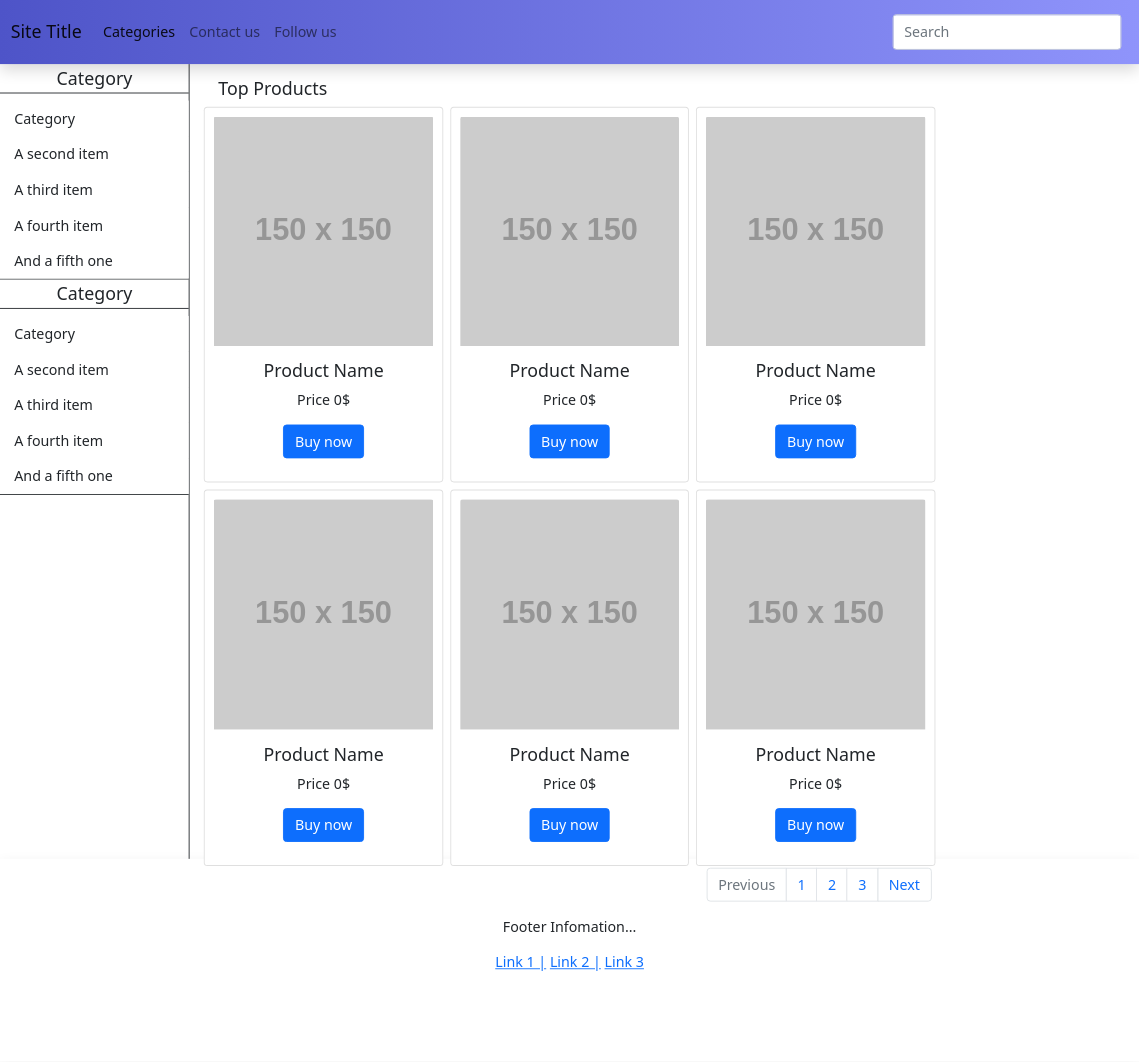
Repository: ttranhhoang/layoutBS
Page: layoutBS1/index.html
An editor plug-in stored every save of this project. The page is shown before and after the next save, followed by the edit.
The browser window is 1280 px wide. The pictures show the whole page, at 89% of full size.

Above is the page before, as saved 2022-04-24 22:48:34.

After the next save:
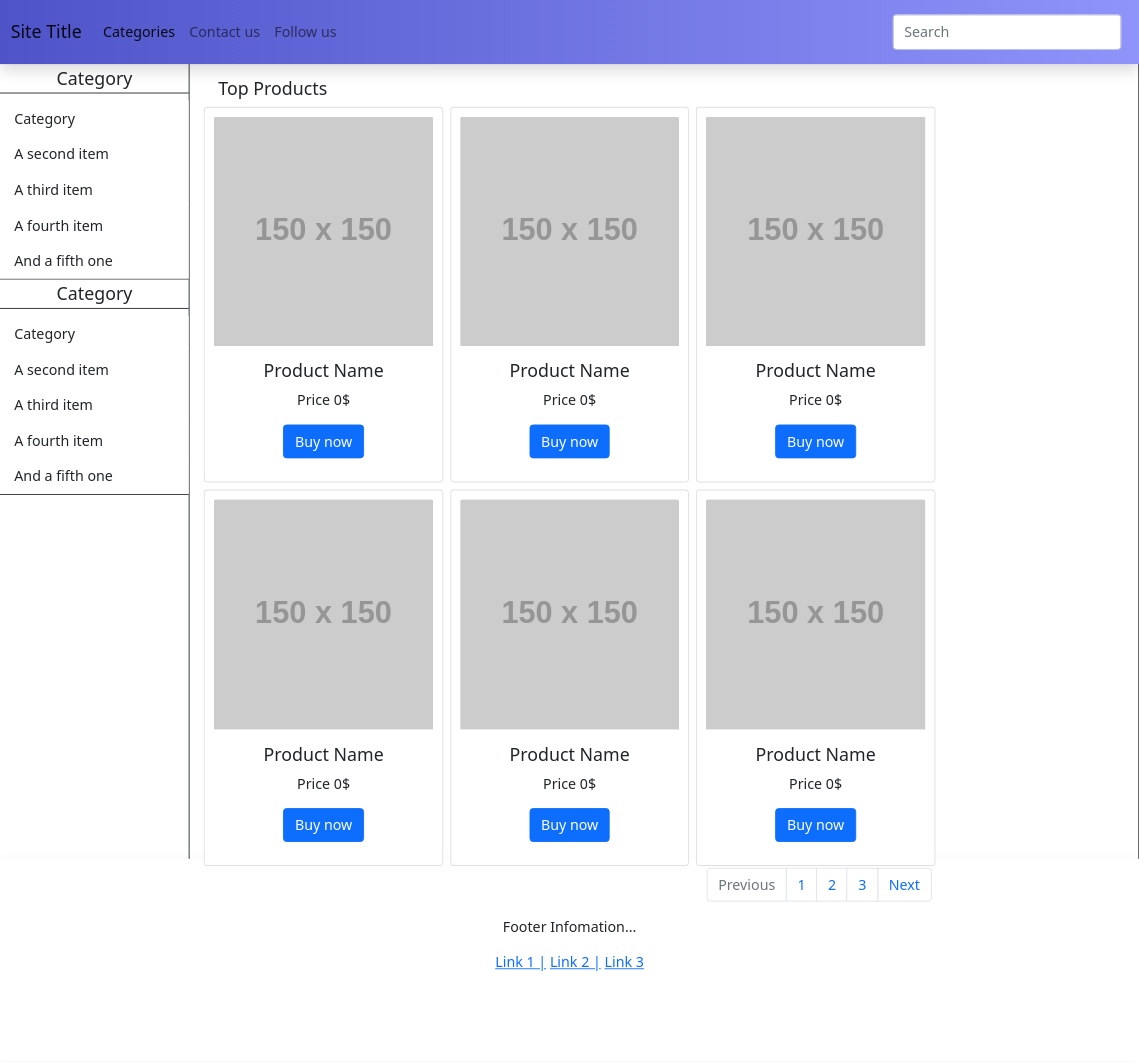
Saved 48 s later.
--- a/layoutBS1/index.html
+++ b/layoutBS1/index.html
@@ -78,8 +78,12 @@
     <div class="h-100">
       <div class="row h-100 g-0">
         <div class="col-md-2 text-center border-1 border-end border-dark">
-          <h5 class="text-center text p-1 border-bottom border-1 border-dark">Category</h5>
-          <ul class="list-group list-group-flush text-start border-bottom border-dark">
+          <h5 class="text-center text p-1 border-bottom border-1 border-dark">
+            Category
+          </h5>
+          <ul
+            class="list-group list-group-flush text-start border-bottom border-dark"
+          >
             <li class="list-group-item border-0">Category</li>
             <li class="list-group-item border-0">A second item</li>
             <li class="list-group-item border-0">A third item</li>
@@ -87,8 +91,12 @@
             <li class="list-group-item border-0">And a fifth one</li>
           </ul>
 
-          <h5 class="text-center text p-1 border-bottom border-1 border-dark">Category</h5>
-          <ul class="list-group list-group-flush text-start border-bottom border-dark">
+          <h5 class="text-center text p-1 border-bottom border-1 border-dark">
+            Category
+          </h5>
+          <ul
+            class="list-group list-group-flush text-start border-bottom border-dark"
+          >
             <li class="list-group-item border-0">Category</li>
             <li class="list-group-item border-0">A second item</li>
             <li class="list-group-item border-0">A third item</li>
@@ -96,7 +104,7 @@
             <li class="list-group-item border-0">And a fifth one</li>
           </ul>
         </div>
-        <div class="col-md-8 p-3 text-center  position-relative">
+        <div class="col-md-8 p-3 text-center position-relative">
           <h5 class="text-start text-dark ps-3">Top Products</h5>
           <div class="row row-cols-1 row-cols-md-3 g-2 h-100">
             <div class="col">
@@ -216,7 +224,7 @@
           </div>
         </div>
 
-        <div class="col-md-2 text-center "></div>
+        <div class="col-md-2 text-center border-1 border-end border-dark"></div>
       </div>
     </div>
 
